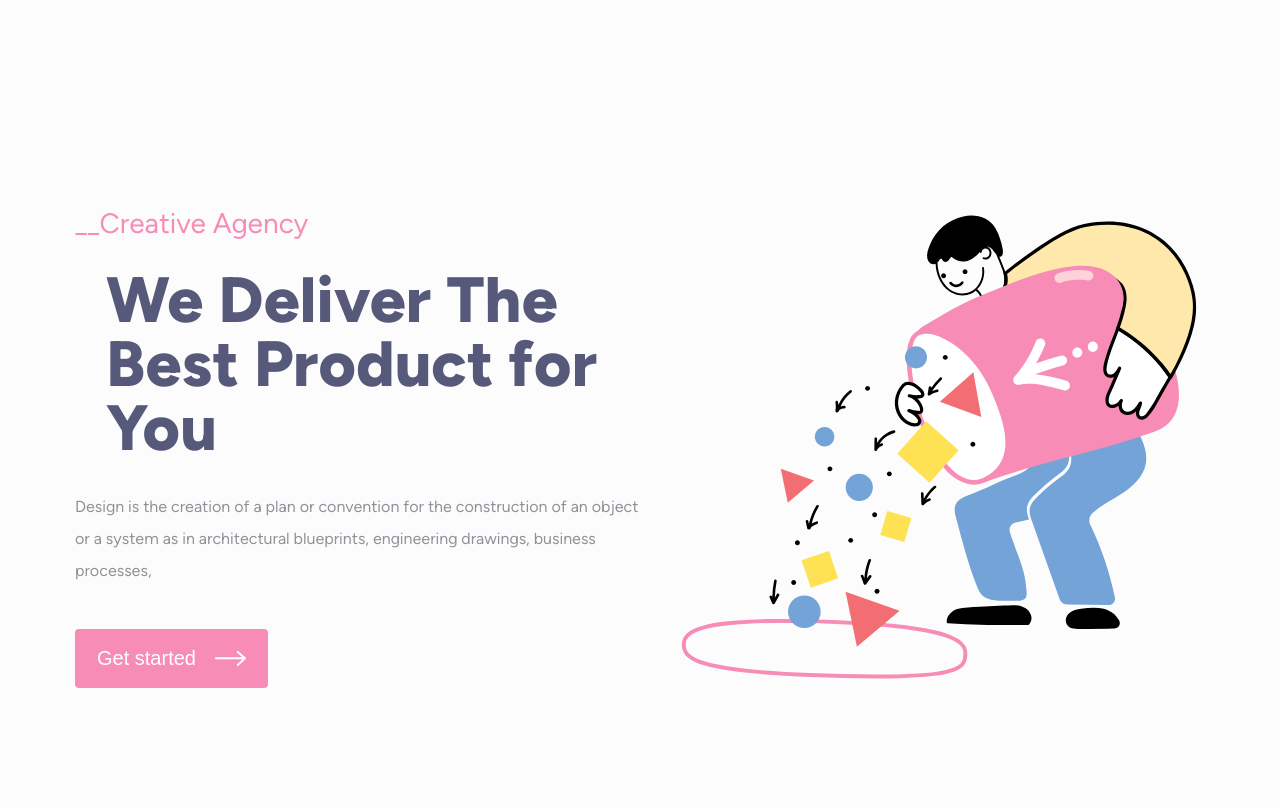
Repository: ArusyakAghajanyan/MirageFigma
Page: Figma/index.html
These files come from the project's save history. The page is drawn as it stood at one moment and after a run of saves; the edit follows.
The browser window is 1280 px wide. The pictures show the part of the page from y = 1421 to 2337 px (the page is 2229 px tall before and 2337 px after).
A picture or video elsewhere on the page could not be fetched, so the positions and the page height are approximate.

Above is the page before, as saved 2022-08-21 21:17:34.

After the next 3 saves:
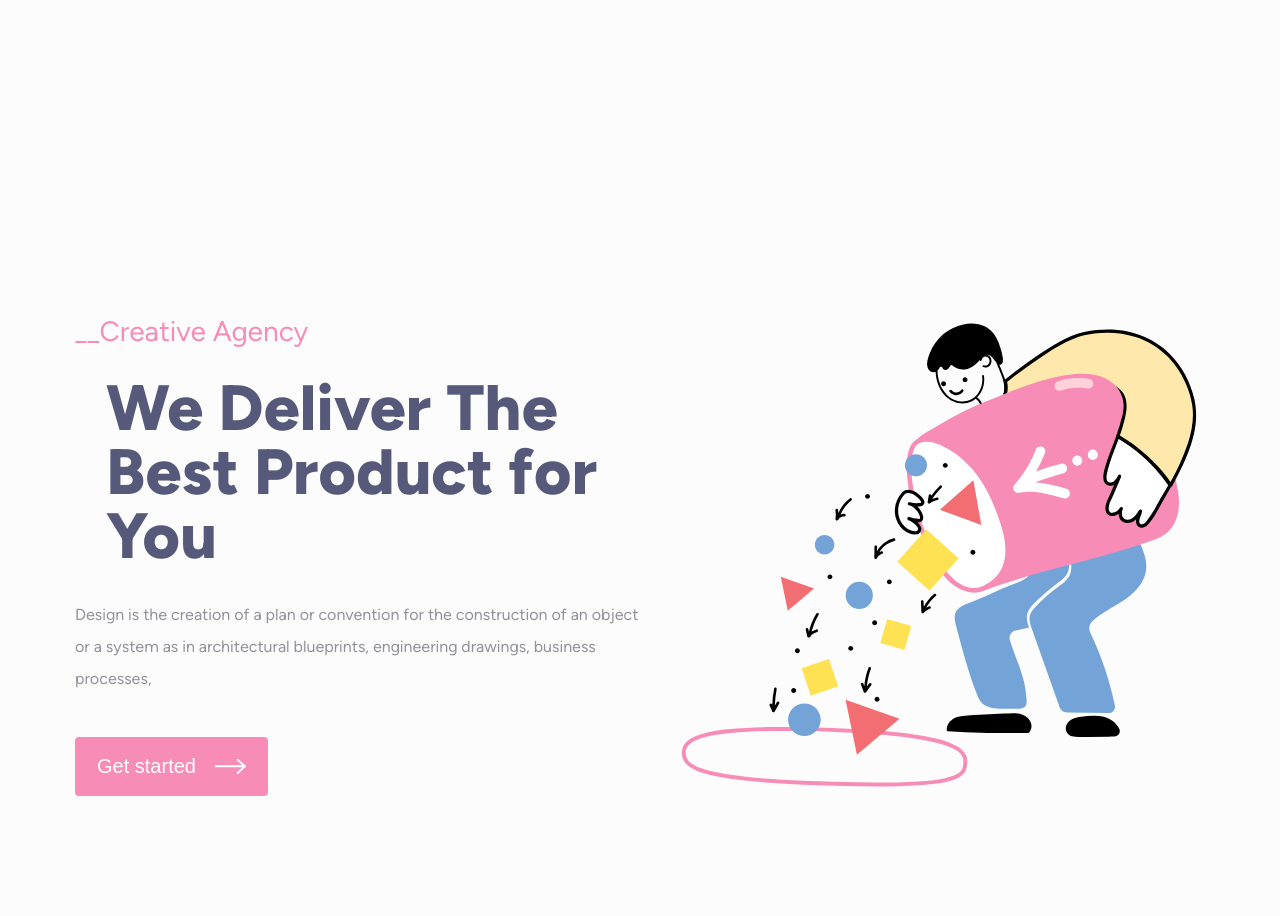
The 3 saves are shown as one change because they came seconds apart.
The last was saved 33 min 31 s later.
--- a/Figma/index.html
+++ b/Figma/index.html
@@ -138,7 +138,7 @@
           </div>
         </div>
       </section>
-      <section class="intro">
+      <section class="design">
         <div class="container">
           <div class="intro-content">
             <div class="intro__description">
